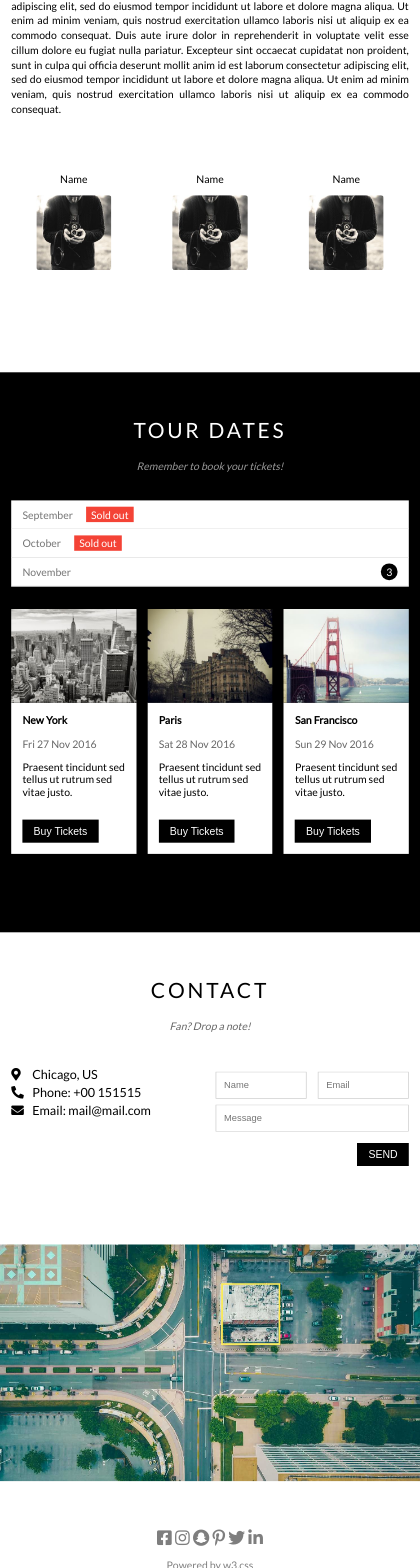
Repository: nguyenthaicong265/w3-band
Page: index.html
An editor plug-in stored every save of this project. The page is shown before and after the next save, followed by the edit.
The browser window is 600 px wide. The pictures show the part of the page from y = 537 to 2777 px (the page is 2872 px tall before and 3947 px after), at 70% of full size.

Above is the page before, as saved 2022-01-07 00:02:55.

### index.html
<!DOCTYPE html>
<html lang="en">
<head>
    <meta charset="UTF-8">
    <meta http-equiv="X-UA-Compatible" content="IE=edge">
    <meta name="viewport" content="width=device-width, initial-scale=1.0">
    <title>The band</title>
    <link rel="icon" href="./assets/img/favicon.png" type="image/x-icon" />
    <link rel="stylesheet" href="./assets/css/styles.css">
    <link rel="stylesheet" href="./assets/css/responsive.css">
    <link rel="stylesheet" href="https://fonts.googleapis.com/css?family=Lato">
    <link rel="stylesheet" href="./assets/font/themify-icons-font/themify-icons/themify-icons.css">
    <link rel="stylesheet" href="./assets/font/fontawesome-free-5.15.4-web/css/all.css">
</head>
<body>
    <div id="main">
        <div id="header">
            <ul id="nav">
                <li><a href="#">Home</a></li>
                <li><a href="#band">Band</a></li>
                <li><a href="#tour">Tour</a></li>
                <li><a href="#contact">Contact</a></li>
                <li>
                    <a href="#">
                        More
                        <i class="fas fa-sort-down"></i>
                    </a>
                    <ul class="subnav">
                        <li><a href="#">Merchandise</a></li>
                        <li><a href="#">Extras</a></li>
                        <li><a href="#">Media</a></li>
                    </ul>
                </li>
            </ul>
            <div class="search-button">
                <i class="fas fa-search"></i>
            </div>
            <div id="mobile-menu" class="mobile-menu-button">
                <i class="fas fa-bars"></i>
            </div>
        </div>

        <div id="slider">
            <div class="text-content text-white">
                <h2 class="text-head">Los Angeles
                </h2>
                <div class="text-description">We had the best time playing at Venice Beach!
                </div>
            </div>
        </div>

        <div id="content">
            <!-- About-section -->
            <div id="band" class="band-section">
                <div class="content-section">
                    <h2 class="section-heading">
                    THE BAND
                    </h2>
                    <p class="section-sub-heading">
                    We love music
                    </p>
                    <p class="about-text">We have created a fictional band website. Lorem ipsum dolor sit amet, consectetur adipiscing elit, sed do eiusmod tempor incididunt ut labore et dolore magna aliqua. Ut enim ad minim veniam, quis nostrud exercitation ullamco laboris nisi ut aliquip ex ea commodo consequat. Duis aute irure dolor in reprehenderit in voluptate velit esse cillum dolore eu fugiat nulla pariatur. Excepteur sint occaecat cupidatat non proident, sunt in culpa qui officia deserunt mollit anim id est laborum consectetur adipiscing elit, sed do eiusmod tempor incididunt ut labore et dolore magna aliqua. Ut enim ad minim veniam, quis nostrud exercitation ullamco laboris nisi ut aliquip ex ea commodo consequat.
                    </p>

                    <!-- Member -->
                    <div class="row members-list">
                        <div class="col col-third text-center member-item">
                            <p class="member-name">Name</p>
                            <img src="./assets/img/band/member1.jpg" alt="Name" class="member-avatar">
                        </div>

                        <div class="col col-third text-center member-item">
                            <p class="member-name">Name</p>
                            <img src="./assets/img/band/member1.jpg" alt="Name" class="member-avatar">
                        </div>

                        <div class="col col-third text-center member-item">
                            <p class="member-name">Name</p>
                            <img src="./assets/img/band/member1.jpg" alt="Name" class="member-avatar">
                        </div>
                    </div>
                </div>
            </div>

            <!-- Tour-section -->
            <div id="tour" class="tour-section">
                <div class="content-section">
                    <h2 class="section-heading text-white">
                    TOUR DATES
                    </h2>
                    <p class="section-sub-heading text-white">
                    Remember to book your tickets!
                    </p>

                    <!-- Tickets  -->
                    <ul class="tickets-list">
                        <li>September <span class="sold-out text-white">Sold out</span></li>
                        <li>October <span class="sold-out text-white">Sold out</span></li>
                        <li>November <span class="quantity text-white">3</span></li>
                    </ul>

                    <!-- Places -->
                    <div class="row places-list">
                        <div class="col col-third">
                            <img src="./assets/img/places/newyork.jpg" alt="New York" class="place-img">
                            <div class="place-body">
                                <h3 class="place-heading">
                                    New York
                                </h3>
                                <p class="place-time">
                                    Fri 27 Nov 2016
                                </p>
                                <p class="place-dsc">
                                    Praesent tincidunt sed tellus ut rutrum sed vitae justo.
                                </p>
                                <button class="btn js-buy-ticket">Buy Tickets</button>
                            </div>
                        </div>

                        <div class="col col-third">
                            <img src="./assets/img/places/paris.jpg" alt="Paris" class="place-img">
                            <div class="place-body">
                                <h3 class="place-heading">
                                    Paris
                                </h3>
                                <p class="place-time">
                                    Sat 28 Nov 2016
                                </p>
                                <p class="place-dsc">
                                    Praesent tincidunt sed tellus ut rutrum sed vitae justo.
                                </p>
                                <button class="btn js-buy-ticket">Buy Tickets</button>
                            </div>
                        </div>

                        <div class="col col-third">
                            <img src="./assets/img/places/sanfran.jpg" alt="San Francisco" class="place-img">
                            <div class="place-body">
                                <h3 class="place-heading">
                                    San Francisco
                                </h3>
                                <p class="place-time">
                                    Sun 29 Nov 2016
                                </p>
                                <p class="place-dsc">
                                    Praesent tincidunt sed tellus ut rutrum sed vitae justo.
                                </p>
                                <button class="btn js-buy-ticket">Buy Tickets</button>
                            </div>
                        </div>
                    </div>
                </div>
            </div>

            <!-- Begin: Contact-section -->
            <div id="contact" class="content-section">
                <h2 class="section-heading">
                CONTACT</h2>
                <p class="section-sub-heading">
                Fan? Drop a note!</p>
                <div class="row contact-content">
                    <div class="col col-half contact-info">
                        <p><i class="fas fa-map-marker-alt"></i>Chicago, US</p>
                        <p><i class="fas fa-phone-alt"></i>Phone: +00 151515</p>
                        <p><i class="fas fa-envelope"></i>Email: mail@mail.com</p>
                    </div>
                    <div class="col col-half contact-form">
                        <form action="">
                            <div class="row mt-8">
                                <div class="col col-half">
                                    <input type="text" name="" required placeholder="Name" id="" class="form-control">
                                </div>
                                <div class="col col-half">
                                    <input type="email" name="" required placeholder="Email" id="" class="form-control">
                                </div>
                            </div>
                            <div class="row mt-8">
                                <div class="col col-full">
                                    <input type="text" name="" required placeholder="Message" id="" class="form-control">
                                </div>
                            </div>
                            <input class="btn pull-right mt-16" type="submit" value="SEND">
                        </form>
                    </div>
                </div>
            </div>
            <!-- End: Contact-section -->


            <div class="map-section">
                <img src="./assets/img/map.jpg" alt="Map">
            </div>
        </div>

        <div id="footer">
            <div class="socials-list">
                <a href=""><i class="fab fa-facebook-square"></i></a>
                <a href=""><i class="fab fa-instagram"></i></a>
                <a href=""><i class="fab fa-snapchat"></i></a>
                <a href=""><i class="fab fa-pinterest-p"></i></a>
                <a href=""><i class="fab fa-twitter"></i></a>
                <a href=""><i class="fab fa-linkedin-in"></i></a>
            </div>
            <p class="copyright">Powered by <a href="">w3.css</a></p>
        </div>
    </div>
    <div class="modal js-modal">
         <div class="modal-contaner js-modal-container">
             <div class="modal-close js-modal-close">
                <i class="fas fa-times"></i>
             </div>

             <div class="modal-header text-white">
                <i class="fas fa-suitcase"></i> Tickets
             </div>

             <div class="modal-body">
                <label for="ticket-quantity" class="modal-label">
                    <i class="fas fa-shopping-cart"></i>
                    Tickets, $15 per person
                 </label>
                 <input type="text" id="ticket-quantity" class="modal-input" placeholder="How many?">

                 <label for="ticket-email" class="modal-label">
                    <i class="fas fa-user"></i>
                    Send To
                 </label>
                 <input type="text" id="ticket-email" class="modal-input" placeholder="Enter email">

                <button id="buy-ticket">
                    Pay
                    <i class="fas fa-check"></i>
                </button>
             </div>

             <div class="modal-footer">
                 <p class="modal-help">
                     Need <a href="">help?</button>
                 </p>
             </div>
         </div>
    </div>

    /* Buy Ticket */
    <script>
        const buyBtns = document.querySelectorAll('.js-buy-ticket')
        const modal = document.querySelector('.js-modal')
        const modalContainer = document.querySelector('.js-modal-container')
        const modalClose = document.querySelector('.js-modal-close')

        // Hàm hiển thị modal mua vé
        function showBuyTickets() {
            modal.classList.add('open')
        }

        // Hàm ẩn modal mua vé
        function closeBuyTickets() {
            modal.classList.remove('open')
        }

        // Lắng nghe click vào từng button Buy Ticket
        for (const buyBtn of buyBtns) {
            buyBtn.addEventListener('click', showBuyTickets)
        }

        // Lắng nghe click vào button close
        modalClose.addEventListener('click', closeBuyTickets)

        // Lắng nghe click vào modal
        modal.addEventListener('click', closeBuyTickets)

        // Lắng nghe click vào container
        modalContainer.addEventListener('click', function(event) {
            event.stopPropagation()
        })
    </script>

    /* Mobile Menu */
    <script>
        var header = document.getElementById('header')
        var mobileMenu = document.getElementById('mobile-menu')
        var headerHeight = header.clientHeight

        // Đóng mở mobile menu
        mobileMenu.onclick = function() {
            var isClosed = header.clientHeight === headerHeight
            if (isClosed) {
                header.style.height = 'auto'
            }
            else {
                header.style.height = null
            }
        }

        // Tự động đóng sau khi chọn menu
        var menuItems = document.querySelectorAll('#nav li a[href*="#"]')
        for (const menuItem of menuItems) {
            menuItem.onclick = function(event) {
                var isParentMenu = menuItem.nextElementSibling && menuItem.nextElementSibling.classList.contains('subnav')
                if (isParentMenu) {
                    event.preventDefault()
                }
                else {
                    header.style.height = null
                }
            }
        }
    </script>
</body>
</html>

### assets/css/styles.css
/* Reset CSS */
* {
    padding: 0;
    margin: 0;
    box-sizing: border-box;
}

html {
    font-family: "Lato", sans-serif;
    font-size: 62.5%;
    scroll-behavior: smooth;
}

/* Common */
.clear {
    clear: both;
}

.text-white {
    color: #ffff !important;
}

.row {
    margin-left: -8px;
    margin-right: -8px;
    overflow: hidden;
}

.col {
    float: left;
    padding-left: 8px;
    padding-right: 8px;
}

.col-third {
    width: 33.33333%;
}

.col-half {
    width: 50%;
}

.col-full {
    width: 100%;
}

.text-center {
    text-align: center;
}

.mt-8 {
    margin-top: 8px;
}

.mt-16 {
    margin-top: 16px;
}

.btn {
    display: inline-block;
    font-size: 15px;
    color: #ffff;
    background-color: #000;
    text-decoration: none;
    padding: 8px 16px;
    margin-top: 16px;
    border: 0px;
    cursor: pointer;
}

.btn:hover {
    color: #000;
    background-color: #ccc;
}

.pull-right {
    float: right;
    overflow: hidden;
}

/* Main */

#main {

}

#header {
    position: fixed;
    top: 0;
    left: 0;
    right: 0;
    height: 46px;
    background-color: #000000;
    z-index: 1;
}

#header .mobile-menu-button {
    position: absolute;
    top: 0;
    right: 0;
}

#header .search-button,
#header .mobile-menu-button {
    color: #fff;
    float: right;
    padding: 0 21px;
}

#header .search-button:hover {
    cursor: pointer;
    background-color: #f44336!important;
}

#header .mobile-menu-button:hover {
    background-color: #ccc;
    color: #000;
}

#header .fa-search,
#header .fa-bars {
    font-size: 13px;
    line-height: 46px;
}

#nav, .subnav {
    display: inline-block;
    list-style-type: none;
}

#nav > li {
    display: inline-block;
}

#nav li {
    position: relative;
}

#nav > li > a {
    color: #ffffff;
    text-transform: uppercase;
}

#nav li a {
    text-decoration: none;
    line-height: 46.5px;
    padding: 0px 24px;
    font-size: 1.5rem;
    display: block;
}

#nav .fa-sort-down {
    font-size: 20px;
}

#nav li:hover .subnav {
    display: block;

}

#nav > li:hover > a,
#nav .subnav li:hover a {
    color: #000 !important;
    background-color: #ccc !important;
}

#nav .subnav {
    display: none;
    position: absolute;
    min-width: 160px;
    top: 46.5px;
    background-color: #ffffff;
    box-shadow: 0 0 10px rgba(0, 0, 0, 0.3);
}

#nav .subnav a {
    color: #000;
    padding: 0 12px;
    line-height: 38px;
}

#slider {
    position: relative;
    margin-top: 46px;
    padding-top: 50%;
    background: url(/assets/img/slider/slider1.jpg) top center / cover no-repeat;
}

#slider .text-content {
    position: absolute;
    bottom: 48px;
    width: 100%;
    text-align: center;
}

#slider .text-head {
    font-weight: 100;
    font-size: 24px;
    margin-bottom: 10px;
}
#slider .text-description {
    font-size: 15px;
    margin-top: 15px;
}

#content {
}

#content .content-section {
    width: 800px;
    max-width: 100%;
    padding: 64px 0 112px ;
    margin-left: auto;
    margin-right: auto;
    padding-left: 16px;
    padding-right: 16px;
}

#content .section-heading {
    font-size: 30px;
    font-weight: 400;
    letter-spacing: 4px;
    text-align: center;
}

#content .section-sub-heading {
    font-size: 15px;
    font-style: italic;
    text-align: center;
    opacity: 0.6;
    margin-top: 25px;
}

#content .about-text {
    text-align: justify;
    font-size: 15px;
    margin-top: 25px;
    line-height: 1.4;
}

#content .members-list {
    margin-top: 48px;
    overflow: hidden;
    padding-top: 32px !important;
    padding-bottom: 32px !important;
}

#content .member-name {
    font-size: 15px;
}

#content .member-avatar {
    width: 60%;
    margin-top: 15px;
    border-radius: 4px;
}

.tour-section {
    background-color: #000;
    width: 100%;
}

.tickets-list {
    background-color: #ffffff;
    margin-top: 40px;
    list-style-type: none;
}

.tickets-list li {
    font-size: 15px;
    padding: 11px 16px;
    border-bottom: 1px solid #dddd;
    color: #757575;
}

.tickets-list .sold-out {
    background-color: #f44336!important;
    padding: 2px 7px;
    margin-left: 16px;
}

.tickets-list .quantity {
    float: right;
    width: 24px;
    height: 24px;
    background-color: #000;
    border-radius: 50%;
    line-height: 24px;
    text-align: center;
    margin-top: -3px;
}

.places-list {
    margin-top: 32px;
    overflow: hidden;
}

.place-img {
    display: block;
    width: 100%;
}

.place-img:hover {
    opacity: 0.6;
}

.place-body {
    background-color: #ffff;
    padding: 16px;
}

.place-heading {
    font-size: 15px;
    font-weight: bolder;
    margin-bottom: 15px;
}

.place-time {
    font-size: 15px;
    opacity: 0.6;
    margin-bottom: 15px;
}

.place-dsc {
    font-size: 15px;
    margin-bottom: 15px;
}

.fas {
    display: inline-block;
}

.contact-content {
    margin-top: 48px;
}

.contact-info {
    font-size: 18px;
    line-height: 1.4;
}

.contact-info .fas {
    width: 30px;
}

.contact-form {
    font-size: 15px;
}

.contact-form .form-control {
    padding: 11px;
    border: 1px solid #ccc;
    width: 100%;
}

/* Map section */
.map-section img {
    width: 100%;
}

/* Footer section */
#footer {
    padding: 64px 16px;
    text-align: center;
    font-size: 15px;

}

#footer .socials-list {
    font-size: 24px;
}

#footer .socials-list a {
    color: #000;
    opacity: 0.5;
    text-decoration: none;
}

#footer .socials-list a:hover {
    opacity: 0.3;
}

#footer .copyright {
    margin: 15px 0;
    color: #000;
    opacity: 0.5;
}

#footer .copyright a {
    color: #000 !important;
}

.modal {
    position: fixed;
    top: 0;
    right: 0;
    bottom: 0;
    left: 0;
    background: rgba(0, 0, 0, 0.4);
    align-items: center;
    justify-content: center;
    display: none;
}

.modal.open {
    display: flex;
}

.modal-contaner {
    background: #fff;
    width: 900px;
    max-width: calc(100% - 32px);
    min-height: 200px;
    position: relative;
    animation: modalFadeIn ease 0.5s;
}

.modal-close {
    position: absolute;
    right: 0;
    top: 0;
    padding: 15px;
    cursor: pointer;
    color: #fff;
    font-size: 15px;
}

.modal-close:hover {
    background-color: #ccc;
    color: #000;
}

.modal-header {
    background-color: #009688;
    height: 130px;
    display: flex;
    align-items: center;
    justify-content: center;
    font-size: 30px;
    letter-spacing: 5px;
}

.modal-header .fa-suitcase {
    margin-right: 15px;
}

.modal-body {
    padding: 15px;

}

.modal-body .modal-label {
    display: block;
    font-size: 15px;
    opacity: 0.8;
}

.modal-body .modal-input {
    border: 1px solid #ccc;
    padding: 8px;
    margin: 15px 0;
    width: 100%;
    font-size: 15px;
}

#buy-ticket {
    background-color: #009688;
    color: #fff;
    font-size: 15px;
    padding: 15px;
    width: 100%;
    border: 0px;
}

#buy-ticket:hover {
    background-color: #ccc;
    color: #000;
}

.modal-footer {
    padding: 16px;
    text-align: right;
    font-size: 15px;
}

.modal-help {
    top: 0;
    right: 0;
}

.modal-help a {
    color: #2196F3;
}

@keyframes modalFadeIn {
    from {
        opacity: 0;
        transform: translateY(-100px);
    }
    to {
        opacity: 1;
        transform: translateY(0px);
    }
}

### assets/css/responsive.css
/* PC */
@media (min-width: 1024px) {
    #header .mobile-menu-button {
        display: none;
    }
}

/* Mobile */
@media (max-width: 740px) {
    #header {
        overflow: hidden;
    }
    #nav {
        display: block;
    }

    #nav > li {
        display: block;
    }

    #nav > li:first-child {
        display: inline-block;
    }

    #nav .subnav {
        position: initial;
        background-color: #333;
    }

    #nav .subnav a {
        color: #fff;
        padding: 5px 42px;
    }

    #header .search-button {
        display: none;
    }

    #content .member-item {

    }

}

Loaded but not shown: assets/font/themify-icons-font/themify-icons/themify-icons.css (common file); assets/font/fontawesome-free-5.15.4-web/css/all.css (library)

After the next save:
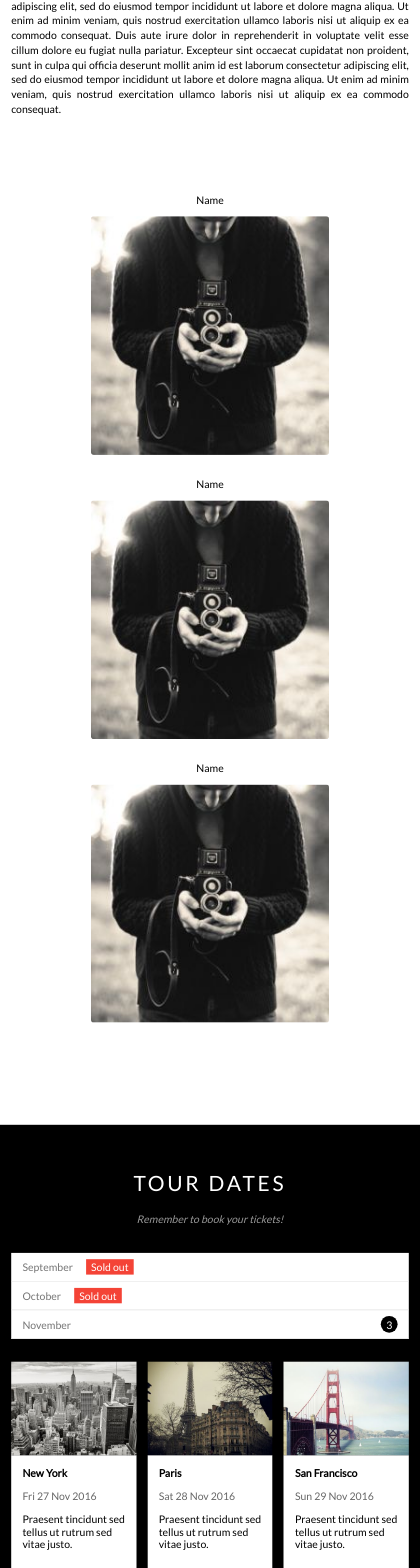
Saved 15 s later.
--- a/assets/css/responsive.css
+++ b/assets/css/responsive.css
@@ -37,7 +37,8 @@
     }
 
     #content .member-item {
-
+        margin-top: 30px;
+        width: 100%;
     }
 
 }
